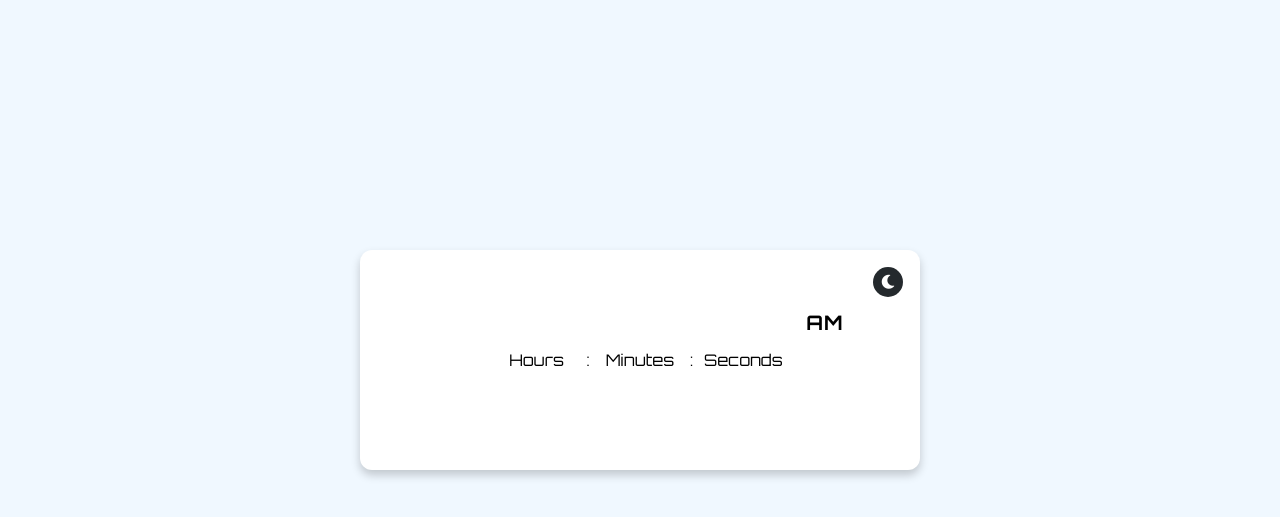
Repository: Seva2705/Clock
Page: index.html
The author's editor kept a copy of each file at every save. The page is drawn from the files as they stood at one save, then again after the next save.
The browser window is 1280 px wide. The pictures show the whole page.

Above is the page before, as saved 2023-08-06 19:41:53.

After the next save:
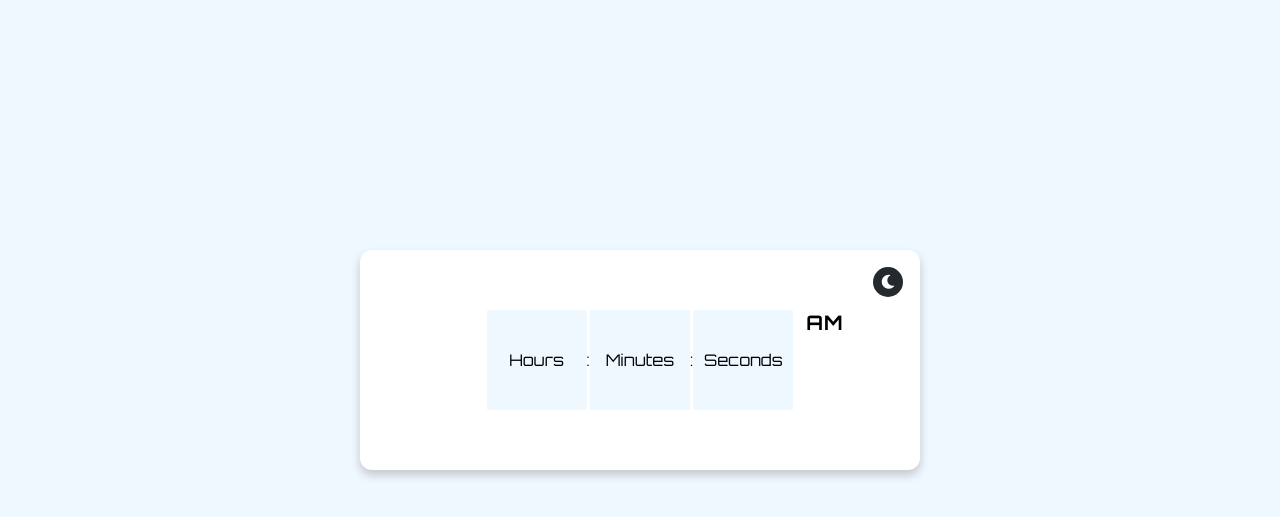
Saved 4 s later.
--- a/style.css
+++ b/style.css
@@ -102,5 +102,5 @@ section.dark .time .time-colon .am_pm {
     align-items: center;
     flex-direction: column;
     justify-content: center;
-    background: #F;
+    background: #F0F8FF;
 }
